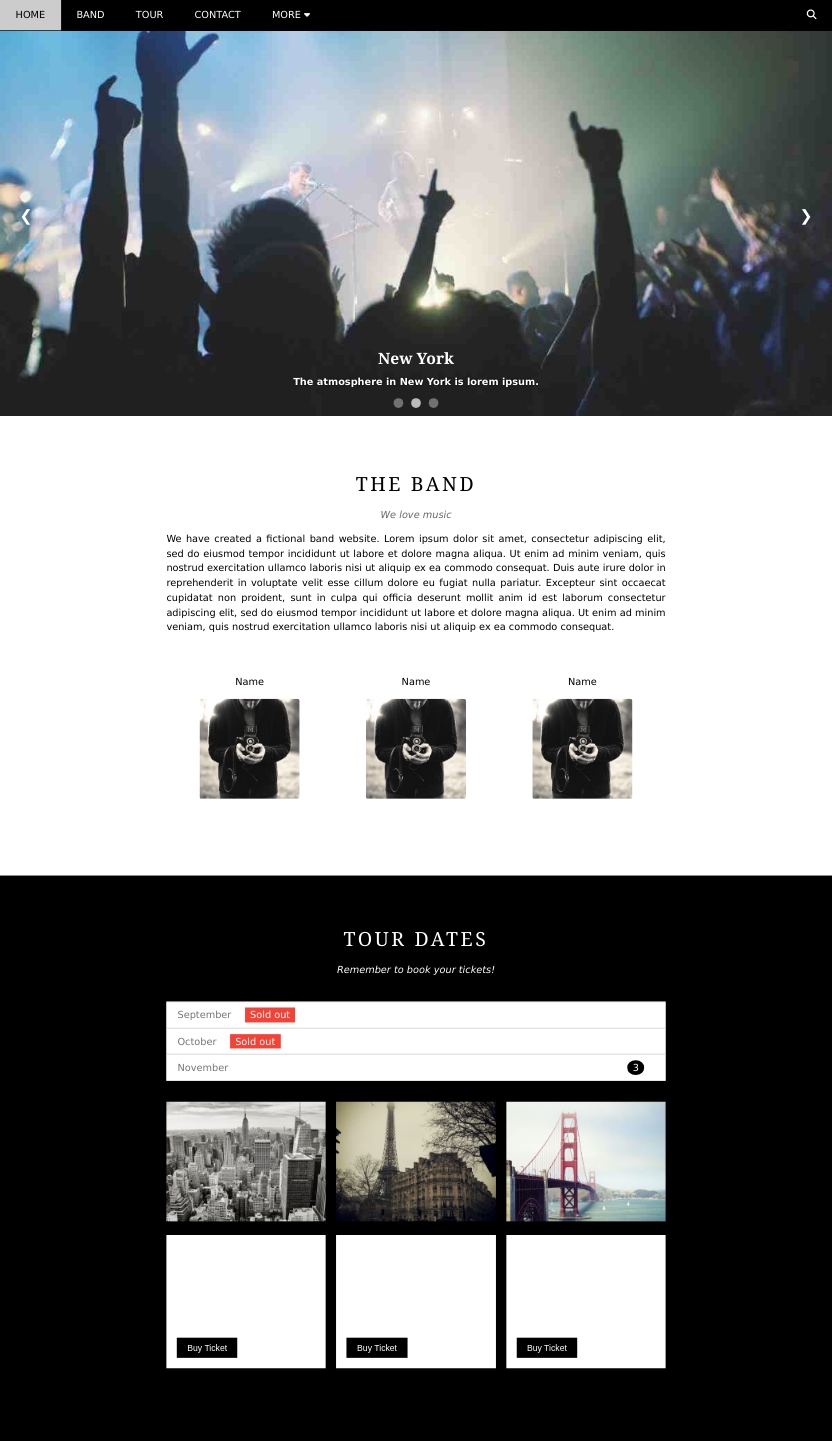
Repository: tam1512/The-Band
Page: index.html
These files come from the project's save history. The page is drawn as it stood at one moment and after the next save; the edit follows.
The browser window is 1280 px wide. The pictures show the whole page, at 65% of full size.
Some web libraries are served in a nearby version.

Above is the page before, as saved 2022-07-24 08:59:13.

After the next save:
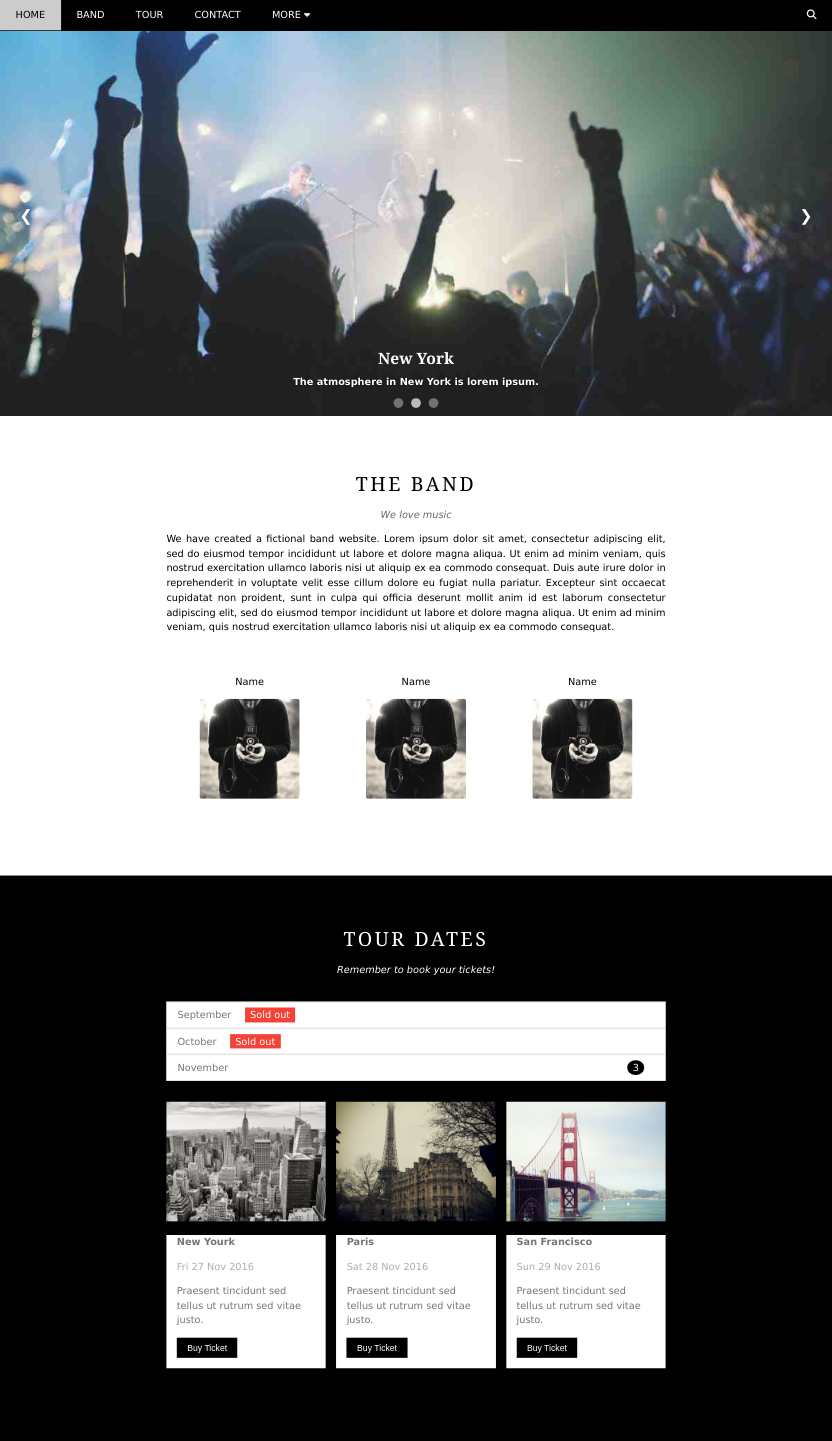
Saved 14 s later.
--- a/index.html
+++ b/index.html
@@ -125,7 +125,7 @@
             <div class="row ticket-list padding-32-8">
               <div class="ticket-wrap third margin-bottom-16 padding-0-8">
                 <img class="ticket-img" src="assets/img/newyork.jpg" alt="Ticket New Yourk">
-                <div class="tick-content padding-0-16 backgroud-white text-left">
+                <div class="tick-content padding-0-16 backgroud-white text-left text-grey">
                   <p class="ticket-name margin-15-0"><b>New Yourk</b></p>
                   <p class="ticket-time text-opacity margin-15-0">Fri 27 Nov 2016</p>
                   <p class="ticket-desc margin-15-0">Praesent tincidunt sed tellus ut rutrum sed vitae justo.</p>
@@ -134,7 +134,7 @@
               </div>
               <div class="ticket-wrap third margin-bottom-16 padding-0-8">
                 <img class="ticket-img" src="assets/img/paris.jpg" alt="Ticket Chicago">
-                <div class="tick-content padding-0-16 backgroud-white text-left">
+                <div class="tick-content padding-0-16 backgroud-white text-left text-grey">
                   <p class="ticket-name margin-15-0"><b>Paris</b></p>
                   <p class="ticket-time text-opacity margin-15-0">Sat 28 Nov 2016</p>
                   <p class="ticket-desc margin-15-0">Praesent tincidunt sed tellus ut rutrum sed vitae justo.</p>
@@ -143,7 +143,7 @@
               </div>
               <div class="ticket-wrap third margin-bottom-16 padding-0-8">
                 <img class="ticket-img" src="assets/img/sanfran.jpg" alt="Ticket San Francisco">
-                <div class="tick-content padding-0-16 backgroud-white text-left">
+                <div class="tick-content padding-0-16 backgroud-white text-left text-grey">
                   <p class="ticket-name margin-15-0"><b>San Francisco</b></p>
                   <p class="ticket-time text-opacity margin-15-0">Sun 29 Nov 2016</p>
                   <p class="ticket-desc margin-15-0">Praesent tincidunt sed tellus ut rutrum sed vitae justo.</p>

After the 2 saves that followed:
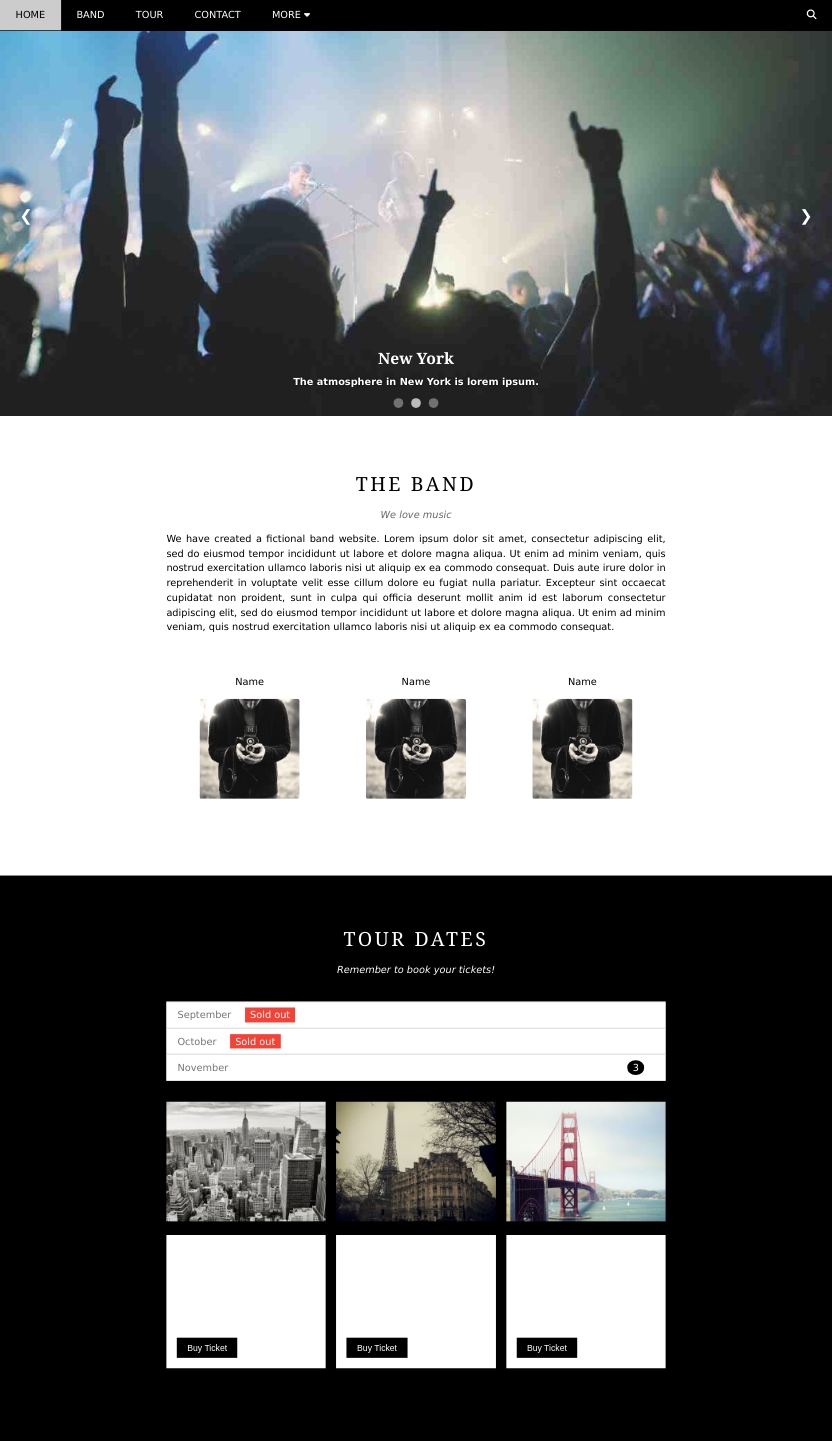
The 2 saves are shown as one change because 1 left the picture as it was.
The last was saved 33 s later.
--- a/index.html
+++ b/index.html
@@ -125,7 +125,7 @@
             <div class="row ticket-list padding-32-8">
               <div class="ticket-wrap third margin-bottom-16 padding-0-8">
                 <img class="ticket-img" src="assets/img/newyork.jpg" alt="Ticket New Yourk">
-                <div class="tick-content padding-0-16 backgroud-white text-left text-grey">
+                <div class="tick-content padding-0-16 backgroud-white text-left">
                   <p class="ticket-name margin-15-0"><b>New Yourk</b></p>
                   <p class="ticket-time text-opacity margin-15-0">Fri 27 Nov 2016</p>
                   <p class="ticket-desc margin-15-0">Praesent tincidunt sed tellus ut rutrum sed vitae justo.</p>
@@ -134,7 +134,7 @@
               </div>
               <div class="ticket-wrap third margin-bottom-16 padding-0-8">
                 <img class="ticket-img" src="assets/img/paris.jpg" alt="Ticket Chicago">
-                <div class="tick-content padding-0-16 backgroud-white text-left text-grey">
+                <div class="tick-content padding-0-16 backgroud-white text-left">
                   <p class="ticket-name margin-15-0"><b>Paris</b></p>
                   <p class="ticket-time text-opacity margin-15-0">Sat 28 Nov 2016</p>
                   <p class="ticket-desc margin-15-0">Praesent tincidunt sed tellus ut rutrum sed vitae justo.</p>
@@ -143,7 +143,7 @@
               </div>
               <div class="ticket-wrap third margin-bottom-16 padding-0-8">
                 <img class="ticket-img" src="assets/img/sanfran.jpg" alt="Ticket San Francisco">
-                <div class="tick-content padding-0-16 backgroud-white text-left text-grey">
+                <div class="tick-content padding-0-16 backgroud-white text-left">
                   <p class="ticket-name margin-15-0"><b>San Francisco</b></p>
                   <p class="ticket-time text-opacity margin-15-0">Sun 29 Nov 2016</p>
                   <p class="ticket-desc margin-15-0">Praesent tincidunt sed tellus ut rutrum sed vitae justo.</p>
--- a/assets/css/style.css
+++ b/assets/css/style.css
@@ -36,6 +36,10 @@ h6 {
 
 .text-grey {
   color: #757575;
+}
+
+.text-black {
+  color: #000;
 }
 
 .text-opacity {
